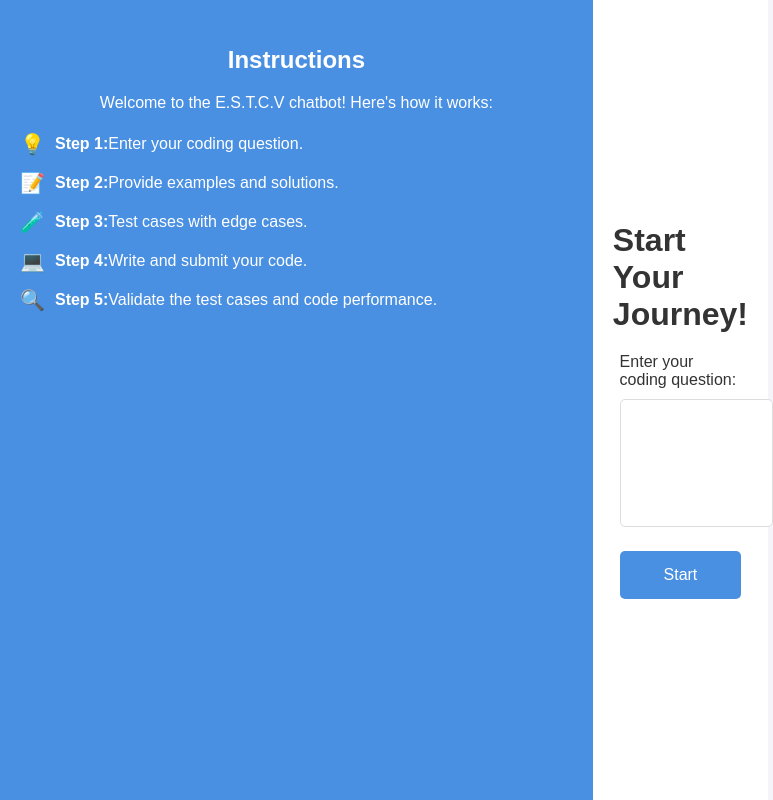
Repository: raushan22882917/Interview_platform
Page: http://localhost/estcv
An editor plug-in stored every save of this project. The page is shown before and after the next save, followed by the edit.
The browser window is 768 px wide. The page is 773 px wide, then 768 px, then 773 px, so the pictures cover 773 px, including what lies to the right of the window. The pictures show the whole page.
The page is served by the project's application, run on Flask 3 (temp_code.py).

Above is the page before, as saved 2024-12-03 01:36:21.

### Tech_Round/templates/Ai/index.html
<!DOCTYPE html>
<html lang="en">
<head>
    <meta charset="UTF-8">
    <meta name="viewport" content="width=device-width, initial-scale=1.0">
    <title>Chatbot - E.S.T.C.V</title>
    <link rel="stylesheet" href="{{ url_for('static', filename='assets/css/styles.css') }}">
    <style>
        body {
            font-family: 'Arial', sans-serif;
            margin: 0;
            padding: 0;
            background-color: #f4f4f9;
            display: flex;
            height: 100vh;
            overflow: hidden;
        }

        .container {
            display: flex;
            width: 100%;
        }

        .sidebar {
            background-color: #4a90e2;
            color: white;
            padding: 30px 20px;
            width: 30%;
            box-shadow: 2px 0 5px rgba(0, 0, 0, 0.1);
            overflow-y: auto;
        }

        .sidebar h1 {
            font-size: 24px;
            margin-bottom: 20px;
        }

        .sidebar ul {
            list-style: none;
            padding: 0;
        }

        .sidebar li {
            margin-bottom: 15px;
            display: flex;
            align-items: center;
        }

        .sidebar li .icon {
            font-size: 20px;
            margin-right: 10px;
        }

        .content {
            flex: 1;
            padding: 50px;
            background-color: white;
            display: flex;
            flex-direction: column;
            justify-content: center;
            align-items: center;
        }

        .content h1 {
            font-size: 32px;
            color: #333;
            margin-bottom: 20px;
        }

        form {
            width: 100%;
            max-width: 600px;
        }

        label {
            font-size: 16px;
            color: #333;
            margin-bottom: 10px;
            display: block;
        }

        textarea {
            width: 100%;
            padding: 15px;
            font-size: 14px;
            border: 1px solid #ddd;
            border-radius: 5px;
            resize: none;
        }

        button {
            background-color: #4a90e2;
            color: white;
            border: none;
            padding: 15px 20px;
            font-size: 16px;
            border-radius: 5px;
            cursor: pointer;
            margin-top: 20px;
            width: 100%;
            max-width: 200px;
        }

        button:hover {
            background-color: #357ab7;
        }

        @media (max-width: 768px) {
            .sidebar {
                width: 100%;
                text-align: center;
            }

            .content {
                padding: 20px;
            }

            form {
                width: 90%;
            }
        }
    </style>
</head>
<body>
    <div class="container">
        <!-- Sidebar (Left) -->
        <div class="sidebar">
            <h1>Instructions</h1>
            <p>Welcome to the E.S.T.C.V chatbot! Here's how it works:</p>
            <ul>
                <li><span class="icon">💡</span><strong>Step 1:</strong> Enter your coding question.</li>
                <li><span class="icon">📝</span><strong>Step 2:</strong> Provide examples and solutions.</li>
                <li><span class="icon">🧪</span><strong>Step 3:</strong> Test cases with edge cases.</li>
                <li><span class="icon">💻</span><strong>Step 4:</strong> Write and submit your code.</li>
                <li><span class="icon">🔍</span><strong>Step 5:</strong> Validate the test cases and code performance.</li>
            </ul>
        </div>

        <!-- Main Content (Right) -->
        <div class="content">
            <h1>Start Your Journey!</h1>
            <form action="/start" method="POST">
                <label for="question">Enter your coding question:</label>
                <textarea id="question" name="question" rows="6" required></textarea>
                <button type="submit">Start</button>
            </form>
        </div>
    </div>
</body>
</html>

### Tech_Round/temp_code.py
from flask import Flask, render_template, request, session, redirect
import os
from groq import Groq

app = Flask(__name__)
app.secret_key = os.environ.get("FLASK_SECRET_KEY", "sdfghjuklkjhugfdsfghjk")  # For security, consider using an environment variable

# Initialize the Groq API client
client = Groq(api_key=os.environ.get("GROQ_API_KEY", "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"))  # Get the Groq API key from environment variables

# Define the steps in the E.S.T.C.V process
STEPS = ["Example", "Solution", "Test Cases", "Code", "Validation"]

@app.route('/estcv')
def estcv():
    return render_template('Ai/index.html')

@app.route('/start', methods=['POST'])
def start():
    session.clear()
    session['question'] = request.form['question']
    session['current_step'] = STEPS[0]
    session['responses'] = {}
    session['marks'] = {}  # Store marks for each step
    return redirect(f'/step')

@app.route('/step', methods=['GET', 'POST'])
def step():
    current_step = session.get('current_step', STEPS[0])
    responses = session.get('responses', {})

    if request.method == 'POST':
        user_input = request.form['user_input']
        feedback, score = process_step(current_step, user_input)
        responses[current_step] = {'input': user_input, 'feedback': feedback, 'score': score}

        session['responses'] = responses
        session['marks'][current_step] = score  # Store score for the current step

        # Move to next step
        current_index = STEPS.index(current_step)
        if current_index < len(STEPS) - 1:
            session['current_step'] = STEPS[current_index + 1]
            return redirect(f'/step')
        else:
            total_score = sum(session['marks'].values())  # Calculate total score
            return render_template('Ai/feedback.html', responses=responses, total_score=total_score)

    return render_template('Ai/steps.html', step=current_step, question=session['question'], responses=responses)

def process_step(step, user_input):
    """Process the user input for a specific step and return feedback and score."""
    question = session['question']
    feedback = ""
    score = 0  # Default score

    if step == "Example":
        inputs_outputs = user_input.split("\n")
        if len(inputs_outputs) < 3:
            feedback = "You need to provide at least 3 examples of input-output pairs."
            score = 2  # Lower score for insufficient examples
        else:
            feedback = "Good job providing examples. Ensure they cover diverse scenarios."
            score = 5  # Full score for good examples

    elif step == "Solution":
        prompt = f"Question: {question}\nUser's solution approach: {user_input}\nEvaluate the approach."
        feedback = call_groq_api(prompt)
        score = 4  # Placeholder, adjust based on feedback evaluation

    elif step == "Test Cases":
        test_cases = user_input.split("\n")
        if not test_cases:
            feedback = "Please provide at least one test case."
            score = 1  # Low score for no test cases
        elif "edge" not in user_input.lower():
            feedback = "You missed edge test cases. Consider edge conditions like minimum, maximum, or empty inputs."
            score = 3  # Medium score for missing edge cases
        else:
            feedback = "Test cases are well thought out."
            score = 5  # Full score for good test cases

    elif step == "Code":
        prompt = f"Question: {question}\nCode: {user_input}\nEvaluate the correctness, time complexity, and space complexity."
        feedback = call_groq_api(prompt)
        score = 4  # Placeholder for code quality evaluation

    elif step == "Validation":
        prompt = f"Question: {question}\nValidation of code: {user_input}\nCheck all test cases and analyze time and space complexity."
        feedback = call_groq_api(prompt)
        score = 5  # High score for complete validation

    return feedback, score

def call_groq_api(prompt):
    """Call the Groq API with a given prompt."""
    try:
        response = client.chat.completions.create(
            messages=[
                {"role": "system", "content": "You are a helpful assistant."},
                {"role": "user", "content": prompt}
            ],
            model="llama3-8b-8192",  # You can modify the model if necessary
        )
        return response.choices[0].message.content
    except Exception as e:
        return f"Error while calling Groq API: {e}"

if __name__ == '__main__':
    app.run(debug=True)

### Tech_Round/static/assets/css/styles.css
body {
    font-family: Arial, sans-serif;
    background-color: #f4f4f4;
    margin: 0;
    padding: 0;
}

.container {
    display: flex;
    min-height: 100vh;
}

.sidebar {
    background-color: #2c3e50;
    color: #ecf0f1;
    padding: 20px;
    width: 250px;
}

.sidebar h1 {
    font-size: 24px;
    margin-bottom: 15px;
}

.sidebar p {
    font-size: 16px;
    margin-bottom: 20px;
}

.sidebar ul {
    list-style-type: none;
    padding: 0;
}

.sidebar li {
    margin-bottom: 15px;
}

.sidebar .icon {
    margin-right: 8px;
}

.content {
    flex: 1;
    padding: 40px;
    background-color: #ffffff;
}

.content h1 {
    font-size: 28px;
    margin-bottom: 20px;
}

.feedback-table {
    width: 100%;
    border-collapse: collapse;
    margin-bottom: 20px;
}

.feedback-table thead {
    background-color: #3498db;
    color: white;
}

.feedback-table th,
.feedback-table td {
    border: 1px solid #ddd;
    padding: 12px;
    text-align: left;
}

.feedback-table th {
    font-weight: bold;
    font-size: 16px;
}

.feedback-table tbody tr:nth-child(even) {
    background-color: #f9f9f9;
}

.feedback-table tbody tr:hover {
    background-color: #f1f1f1;
}

.feedback-table td {
    font-size: 14px;
    color: #333;
}

.feedback-table th,
.feedback-table td {
    padding: 15px;
    text-align: center;
}

h2 {
    margin-top: 30px;
    font-size: 24px;
    color: #2c3e50;
}

ul {
    list-style: none;
    padding: 0;
}

li {
    margin: 10px 0;
    font-size: 16px;
}

a button {
    background-color: #3498db;
    color: white;
    border: none;
    padding: 10px 20px;
    cursor: pointer;
    font-size: 16px;
    border-radius: 5px;
    text-align: center;
}

a button:hover {
    background-color: #2980b9;
}

After the next save:
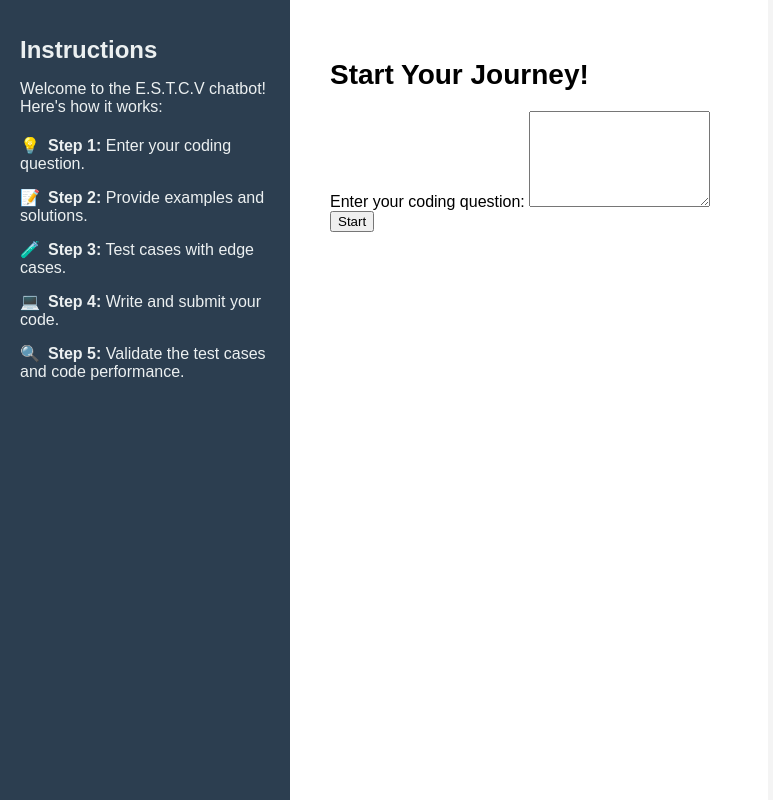
Saved 17 s later.
--- a/Tech_Round/templates/Ai/index.html
+++ b/Tech_Round/templates/Ai/index.html
@@ -6,119 +6,7 @@
     <title>Chatbot - E.S.T.C.V</title>
     <link rel="stylesheet" href="{{ url_for('static', filename='assets/css/styles.css') }}">
     <style>
-        body {
-            font-family: 'Arial', sans-serif;
-            margin: 0;
-            padding: 0;
-            background-color: #f4f4f9;
-            display: flex;
-            height: 100vh;
-            overflow: hidden;
-        }
 
-        .container {
-            display: flex;
-            width: 100%;
-        }
-
-        .sidebar {
-            background-color: #4a90e2;
-            color: white;
-            padding: 30px 20px;
-            width: 30%;
-            box-shadow: 2px 0 5px rgba(0, 0, 0, 0.1);
-            overflow-y: auto;
-        }
-
-        .sidebar h1 {
-            font-size: 24px;
-            margin-bottom: 20px;
-        }
-
-        .sidebar ul {
-            list-style: none;
-            padding: 0;
-        }
-
-        .sidebar li {
-            margin-bottom: 15px;
-            display: flex;
-            align-items: center;
-        }
-
-        .sidebar li .icon {
-            font-size: 20px;
-            margin-right: 10px;
-        }
-
-        .content {
-            flex: 1;
-            padding: 50px;
-            background-color: white;
-            display: flex;
-            flex-direction: column;
-            justify-content: center;
-            align-items: center;
-        }
-
-        .content h1 {
-            font-size: 32px;
-            color: #333;
-            margin-bottom: 20px;
-        }
-
-        form {
-            width: 100%;
-            max-width: 600px;
-        }
-
-        label {
-            font-size: 16px;
-            color: #333;
-            margin-bottom: 10px;
-            display: block;
-        }
-
-        textarea {
-            width: 100%;
-            padding: 15px;
-            font-size: 14px;
-            border: 1px solid #ddd;
-            border-radius: 5px;
-            resize: none;
-        }
-
-        button {
-            background-color: #4a90e2;
-            color: white;
-            border: none;
-            padding: 15px 20px;
-            font-size: 16px;
-            border-radius: 5px;
-            cursor: pointer;
-            margin-top: 20px;
-            width: 100%;
-            max-width: 200px;
-        }
-
-        button:hover {
-            background-color: #357ab7;
-        }
-
-        @media (max-width: 768px) {
-            .sidebar {
-                width: 100%;
-                text-align: center;
-            }
-
-            .content {
-                padding: 20px;
-            }
-
-            form {
-                width: 90%;
-            }
-        }
     </style>
 </head>
 <body>

After the save that followed:
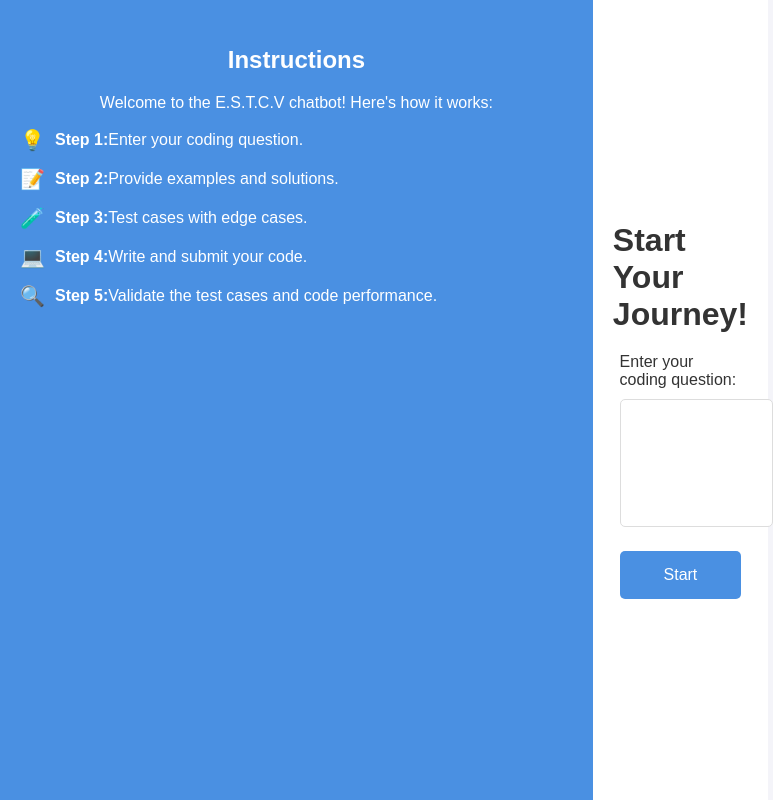
Saved 10 s later.
--- a/Tech_Round/static/assets/css/styles.css
+++ b/Tech_Round/static/assets/css/styles.css
@@ -1,125 +1,113 @@
 body {
-    font-family: Arial, sans-serif;
-    background-color: #f4f4f4;
+    font-family: 'Arial', sans-serif;
     margin: 0;
     padding: 0;
+    background-color: #f4f4f9;
+    display: flex;
+    height: 100vh;
+    overflow: hidden;
 }
 
 .container {
     display: flex;
-    min-height: 100vh;
+    width: 100%;
 }
 
 .sidebar {
-    background-color: #2c3e50;
-    color: #ecf0f1;
-    padding: 20px;
-    width: 250px;
+    background-color: #4a90e2;
+    color: white;
+    padding: 30px 20px;
+    width: 30%;
+    box-shadow: 2px 0 5px rgba(0, 0, 0, 0.1);
+    overflow-y: auto;
 }
 
 .sidebar h1 {
     font-size: 24px;
-    margin-bottom: 15px;
-}
-
-.sidebar p {
-    font-size: 16px;
     margin-bottom: 20px;
 }
 
 .sidebar ul {
-    list-style-type: none;
+    list-style: none;
     padding: 0;
 }
 
 .sidebar li {
     margin-bottom: 15px;
+    display: flex;
+    align-items: center;
 }
 
-.sidebar .icon {
-    margin-right: 8px;
+.sidebar li .icon {
+    font-size: 20px;
+    margin-right: 10px;
 }
 
 .content {
     flex: 1;
-    padding: 40px;
-    background-color: #ffffff;
+    padding: 50px;
+    background-color: white;
+    display: flex;
+    flex-direction: column;
+    justify-content: center;
+    align-items: center;
 }
 
 .content h1 {
-    font-size: 28px;
+    font-size: 32px;
+    color: #333;
     margin-bottom: 20px;
 }
 
-.feedback-table {
+form {
     width: 100%;
-    border-collapse: collapse;
-    margin-bottom: 20px;
+    max-width: 600px;
 }
 
-.feedback-table thead {
-    background-color: #3498db;
-    color: white;
+label {
+    font-size: 16px;
+    color: #333;
+    margin-bottom: 10px;
+    display: block;
 }
 
-.feedback-table th,
-.feedback-table td {
+textarea {
+    width: 100%;
+    padding: 15px;
+    font-size: 14px;
     border: 1px solid #ddd;
-    padding: 12px;
-    text-align: left;
+    border-radius: 5px;
+    resize: none;
 }
 
-.feedback-table th {
-    font-weight: bold;
+button {
+    background-color: #4a90e2;
+    color: white;
+    border: none;
+    padding: 15px 20px;
     font-size: 16px;
+    border-radius: 5px;
+    cursor: pointer;
+    margin-top: 20px;
+    width: 100%;
+    max-width: 200px;
 }
 
-.feedback-table tbody tr:nth-child(even) {
-    background-color: #f9f9f9;
+button:hover {
+    background-color: #357ab7;
 }
 
-.feedback-table tbody tr:hover {
-    background-color: #f1f1f1;
+@media (max-width: 768px) {
+    .sidebar {
+        width: 100%;
+        text-align: center;
+    }
+
+    .content {
+        padding: 20px;
+    }
+
+    form {
+        width: 90%;
+    }
 }
-
-.feedback-table td {
-    font-size: 14px;
-    color: #333;
-}
-
-.feedback-table th,
-.feedback-table td {
-    padding: 15px;
-    text-align: center;
-}
-
-h2 {
-    margin-top: 30px;
-    font-size: 24px;
-    color: #2c3e50;
-}
-
-ul {
-    list-style: none;
-    padding: 0;
-}
-
-li {
-    margin: 10px 0;
-    font-size: 16px;
-}
-
-a button {
-    background-color: #3498db;
-    color: white;
-    border: none;
-    padding: 10px 20px;
-    cursor: pointer;
-    font-size: 16px;
-    border-radius: 5px;
-    text-align: center;
-}
-
-a button:hover {
-    background-color: #2980b9;
-}
